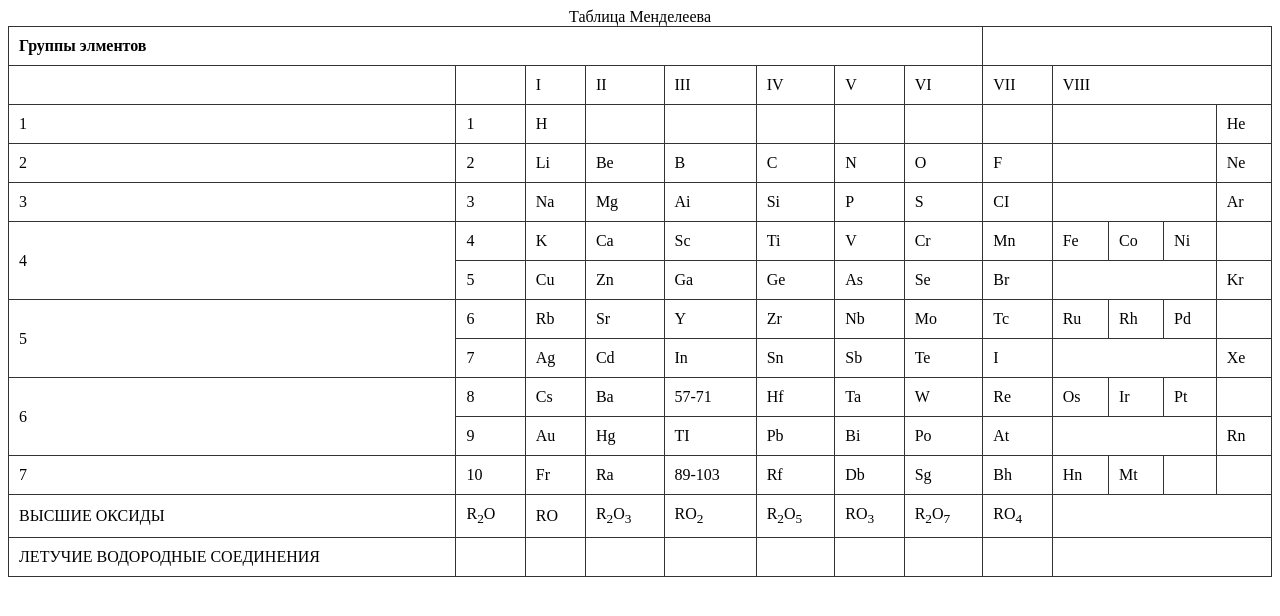
Repository: sannikovcode/exercises-a1
Page: JS/websites/01-periodic table/index.html
The author's editor kept a copy of each file at every save. The page is drawn from the files as they stood at one save, then again after the next save.
The browser window is 1280 px wide. The pictures show the whole page.

Above is the page before, as saved 2025-10-17 19:16:23.

### JS/websites/01-periodic table/index.html
<!DOCTYPE html>
<html lang="en">

<head>
    <meta charset="UTF-8">
    <meta name="viewport" content="width=device-width, initial-scale=1.0">
    <title>Periodic table</title>
    <link rel="stylesheet" href="styles.css">
</head>

<body>
    <table>
        <caption>Таблица Менделеева</caption>
        <thead>
            <tr>
                <th colspan="8">Группы элментов</th>
            </tr>
        </thead>

        <tbody>
            <tr>
                <td></td>
                <td></td>
                <td>I</td>
                <td>II</td>
                <td>III</td>
                <td>IV</td>
                <td>V</td>
                <td>VI</td>
                <td>VII</td>
                <td colspan="4">VIII</td>
            </tr>
            <tr>
                <td>1</td>
                <td>1</td>
                <td>H</td>
                <td></td>
                <td></td>
                <td></td>
                <td></td>
                <td></td>
                <td></td>
                <td colspan="3"></td>
                <td>He</td>

            </tr>
            <tr>
                <td>2</td>
                <td>2</td>
                <td>Li</td>
                <td>Be</td>
                <td>B</td>
                <td>C</td>
                <td>N</td>
                <td>O</td>
                <td>F</td>
                <td colspan="3"></td>
                <td>Ne</td>


            </tr>
            <tr>
                <td>3</td>
                <td>3</td>
                <td>Na</td>
                <td>Mg</td>
                <td>Ai</td>
                <td>Si</td>
                <td>P</td>
                <td>S</td>
                <td>CI</td>
                <td colspan="3"></td>
                <td>Ar</td>

            </tr>
            <tr>
                <td rowspan="2">4</td>
                <td>4</td>
                <td>K</td>
                <td>Ca</td>
                <td>Sc</td>
                <td>Ti</td>
                <td>V</td>
                <td>Cr</td>
                <td>Mn</td>
                <td>Fe</td>
                <td>Co</td>
                <td>Ni</td>
                <td></td>
            </tr>
            <tr>
                <td>5</td>
                <td>Cu</td>
                <td>Zn</td>
                <td>Ga</td>
                <td>Ge</td>
                <td>As</td>
                <td>Se</td>
                <td>Br</td>
                <td colspan="3"></td>
                <td>Kr</td>
            <tr>
                <td rowspan="2">5</td>
                <td>6</td>
                <td>Rb</td>
                <td>Sr</td>
                <td>Y</td>
                <td>Zr</td>
                <td>Nb</td>
                <td>Mo</td>
                <td>Tc</td>
                <td>Ru</td>
                <td>Rh</td>
                <td>Pd</td>
                <td></td>
            </tr>
            <tr>
                <td>7</td>
                <td>Ag</td>
                <td>Cd</td>
                <td>In</td>
                <td>Sn</td>
                <td>Sb</td>
                <td>Te</td>
                <td>I</td>
                <td colspan="3"></td>
                <td>Xe</td>
            </tr>
            <tr>
                <td rowspan="2">6</td>
                <td>8</td>
                <td>Cs</td>
                <td>Ba</td>
                <td>57-71</td>
                <td>Hf</td>
                <td>Ta</td>
                <td>W</td>
                <td>Re</td>
                <td>Os</td>
                <td>Ir</td>
                <td>Pt</td>
                <td></td>
            </tr>
            <tr>
                <td>9</td>
                <td>Au</td>
                <td>Hg</td>
                <td>TI</td>
                <td>Pb</td>
                <td>Bi</td>
                <td>Po</td>
                <td>At</td>
                <td colspan="3"></td>
                <td>Rn</td>
            </tr>
            <tr>
                <td>7</td>
                <td>10</td>
                <td>Fr</td>
                <td>Ra</td>
                <td>89-103</td>
                <td>Rf</td>
                <td>Db</td>
                <td>Sg</td>
                <td>Bh</td>
                <td>Hn</td>
                <td>Mt</td>
                <td></td>
                <td></td>
            </tr>
            <tr>
                <td>ВЫСШИЕ ОКСИДЫ</td>
                <td>R<sub>2</sub>O</td>
                <td>RO</td>
                <td>R<sub>2</sub>O<sub>3</sub></td>
                <td>RO<sub>2</sub></td>
                <td>R<sub>2</sub>O<sub>5</sub></td>
                <td>RO<sub>3</sub></td>
                <td>R<sub>2</sub>O<sub>7</sub></td>
                <td>RO<sub>4</sub></td>
                <td colspan="4"></td>

            </tr>
            <tr>
                <td>ЛЕТУЧИЕ ВОДОРОДНЫЕ СОЕДИНЕНИЯ</td>
                <td></td>
                <td></td>
                <td></td>
                <td></td>
                <td></td>
                <td></td>
                <td></td>
                <td></td>
                <td colspan="4"></td>
            </tr>

        </tbody>
        <tfoot>

        </tfoot>

    </table>




</body>

</html>

### JS/websites/01-periodic table/styles.css
table {
  border-collapse: collapse;
  width: 100%;
}

table, th, td {
  border: 1px solid #333;
}

th, td {
  padding: 10px;
  text-align: left;
}

After the next save:
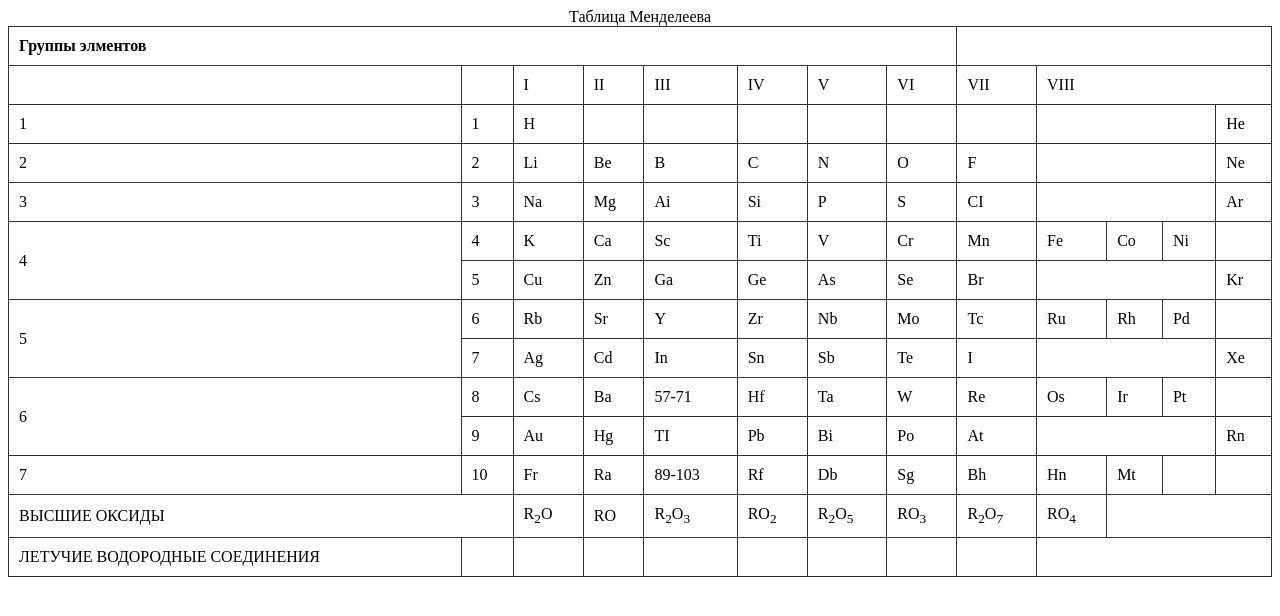
Saved 61 s later.
--- a/JS/websites/01-periodic table/index.html
+++ b/JS/websites/01-periodic table/index.html
@@ -169,7 +169,7 @@
                 <td></td>
             </tr>
             <tr>
-                <td>ВЫСШИЕ ОКСИДЫ</td>
+                <td colspan="2">ВЫСШИЕ ОКСИДЫ</td>
                 <td>R<sub>2</sub>O</td>
                 <td>RO</td>
                 <td>R<sub>2</sub>O<sub>3</sub></td>
